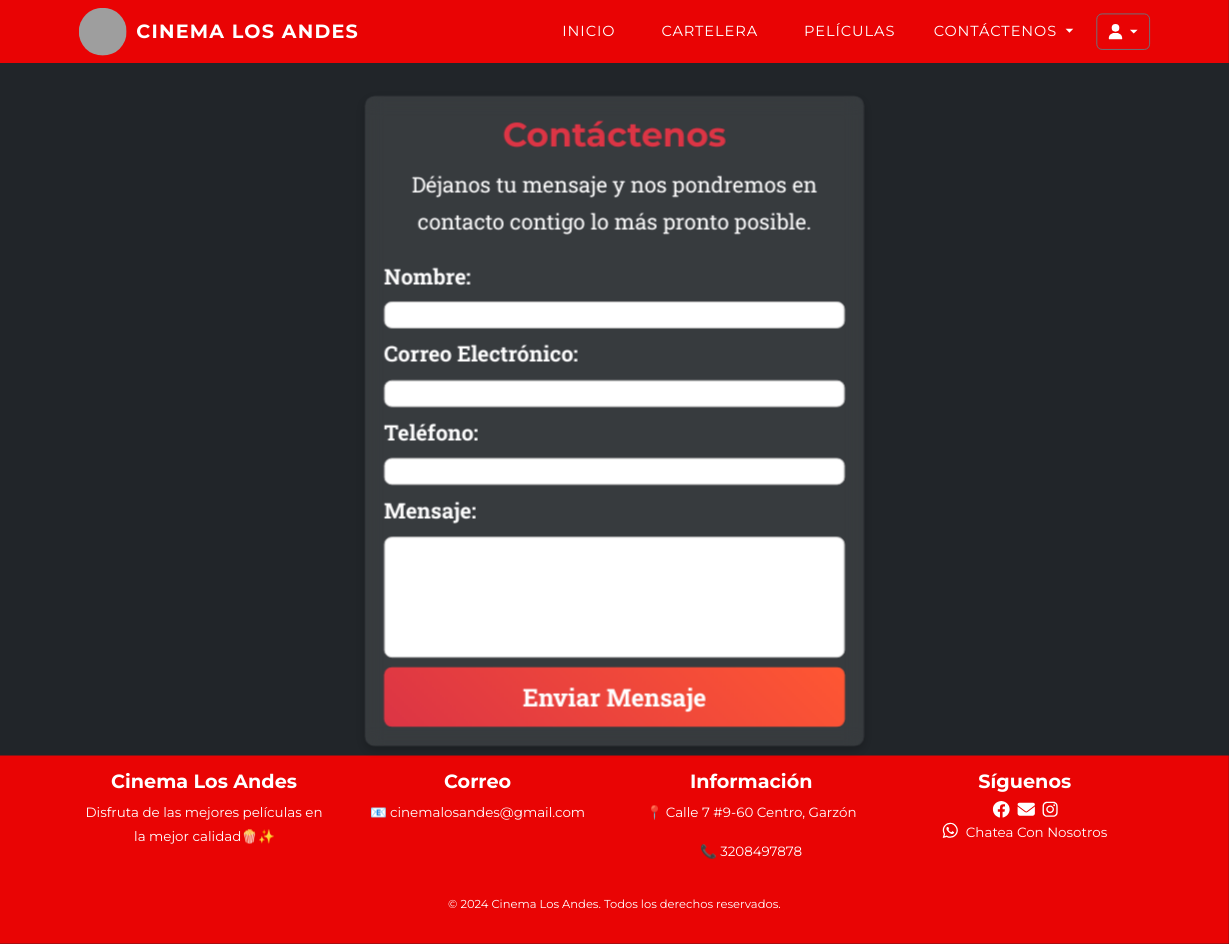
Repository: FelipeADSO/PROYECTO-SENA-FINAL
Page: cinema/templates/contactenos.html
The author's editor kept a copy of each file at every save. The page is drawn from the files as they stood at one save, then again after a run of saves.
The browser window is 1280 px wide. The pictures show the whole page, at 96% of full size.
Pictures or frames that could not be fetched are drawn as grey boxes. Some web libraries are served in a nearby version. The template is drawn by Django 5.2. The application's start-up code is not run. The template is opened directly, without the code that normally fills it, so the values that code supplies are empty.

Above is the page before, as saved 2025-03-06 07:17:17.

After the next 2 saves:
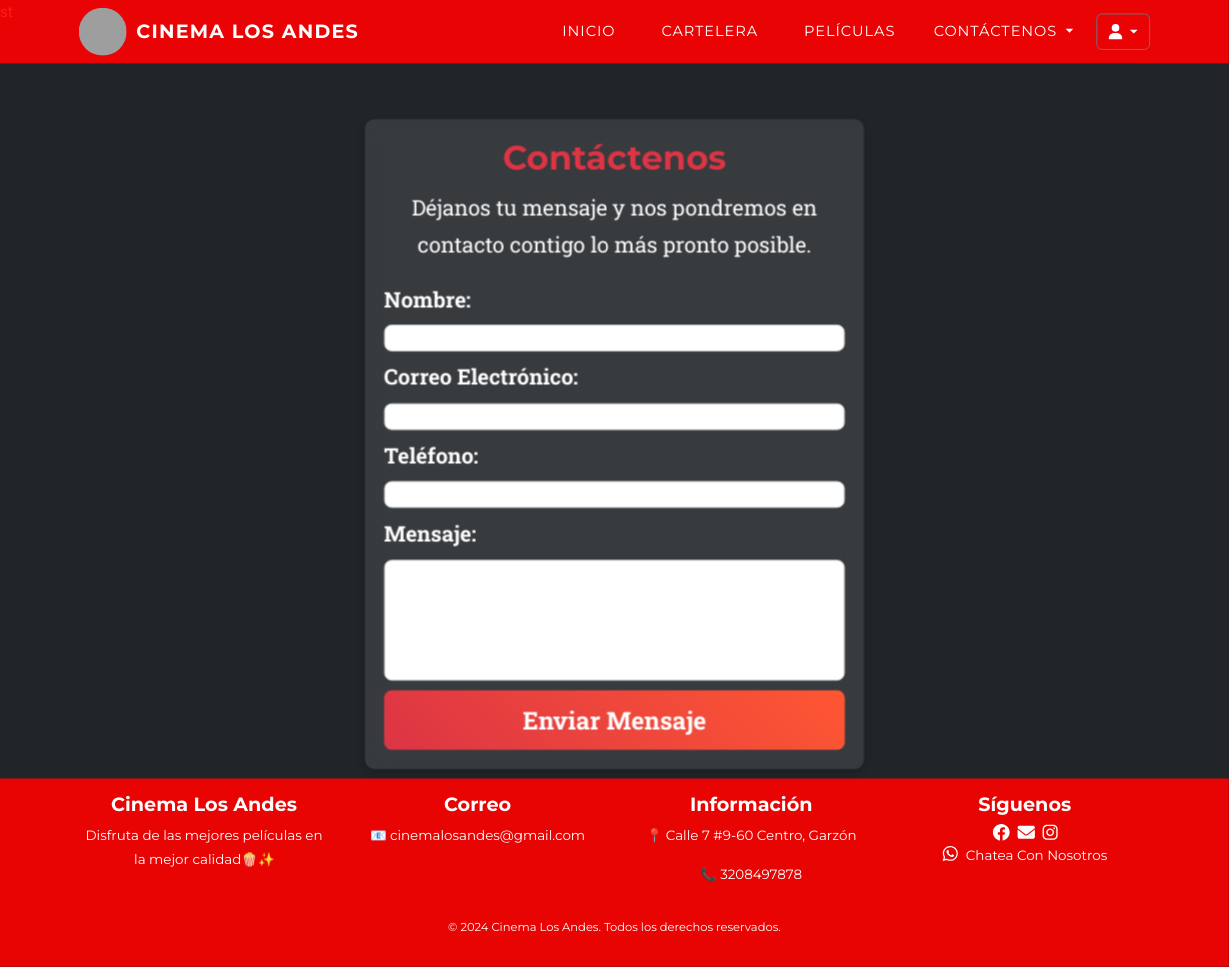
The 2 saves are shown as one change because they came seconds apart.
The last was saved 68 s later.
--- a/cinema/templates/base.html
+++ b/cinema/templates/base.html
@@ -15,6 +15,7 @@
     <link href="https://cdnjs.cloudflare.com/ajax/libs/font-awesome/6.0.0/css/all.min.css" rel="stylesheet">
 
     <link href="{% static 'css/style.css' %}" rel="stylesheet"/>
+    st
     {% block style %} {% endblock %}
 </head>
 
